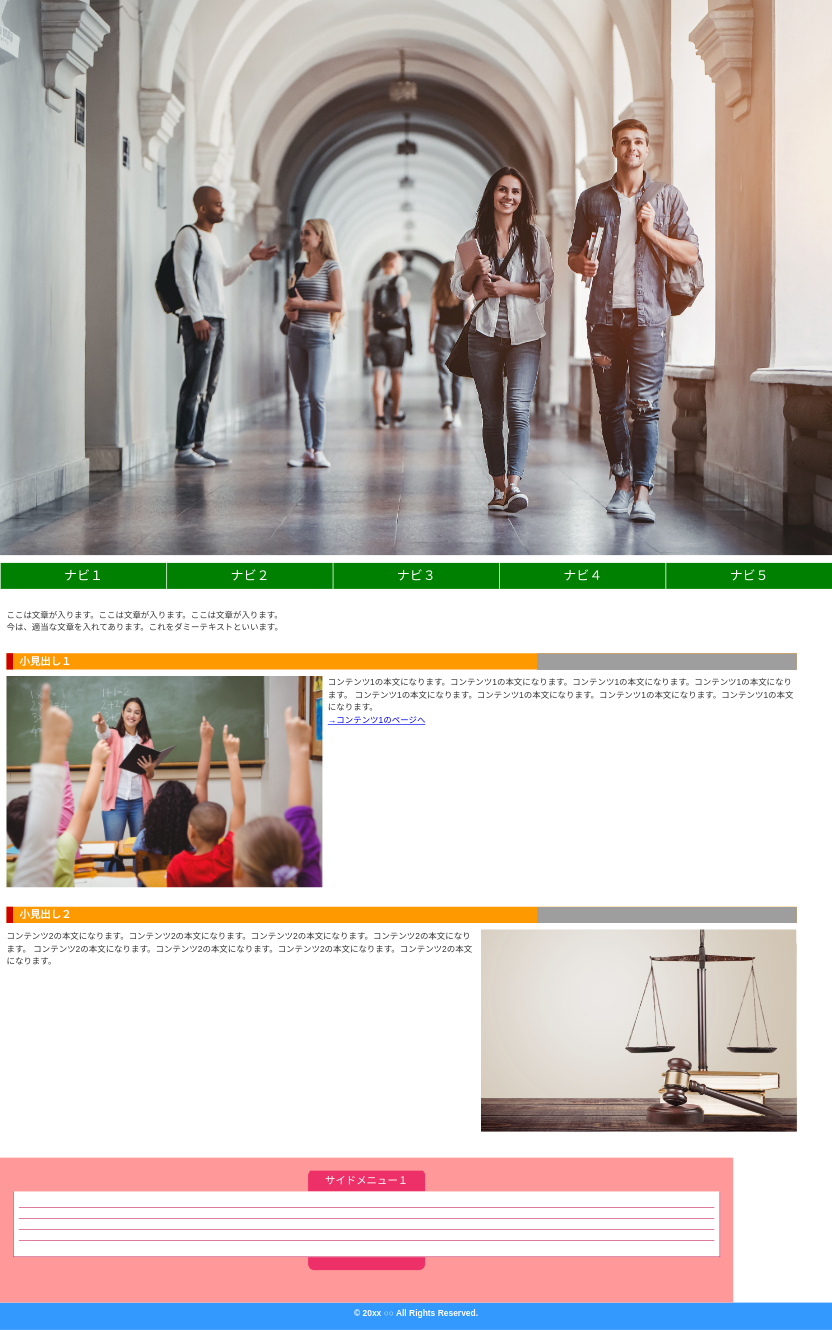
Repository: kaori0877/samurai_HTML-CSS
Page: home.html
The author's editor kept a record of every edit. The page is drawn from the files as they stood at one moment, then again after the next edit.
The browser window is 1280 px wide. The pictures show the whole page, at 65% of full size.
Pictures or frames that could not be fetched are drawn as grey boxes.

Above is the page before.

### home.html
<!DOCTYPE html>
<html lang="ja">
    <head>
        <meta charset="UTF-8">
        <title>HTML/CSSの学習</title>
        <link rel="stylesheet" href="stylesheet.css">
    </head>
    <body>
        <div id="header">
            <h1><a href="index.html"><img id="corridor" src="images/corridor.jpg" alt="大学の廊下" /></a></h1>
       </div>
        </div>
        <div id="wrapper">
            <div id="nav">
                <ul>
                   <li><a href="home.html">ナビ１</a></li>
                   <li><a href="#">ナビ２</a></li>
                   <li><a href="#">ナビ３</a></li>
                   <li><a href="#">ナビ４</a></li>
                   <li><a href="#">ナビ５</a></li>
                </ul>
            </div>
            <div id="container">
                <div id="main">
                    <div class="post">
                        <p>ここは文章が入ります。ここは文章が入ります。ここは文章が入ります。<br />今は、適当な文章を入れてあります。これをダミーテキストといいます。</p>
                    </div>
                    <div class="post clearfix">
                        <h2>小見出し１</h2>
                        <img class="left" src="images/classroom.jpg" alt="授業風景" />
                        <p>
                            コンテンツ1の本文になります。コンテンツ1の本文になります。コンテンツ1の本文になります。コンテンツ1の本文になります。
                            コンテンツ1の本文になります。コンテンツ1の本文になります。コンテンツ1の本文になります。コンテンツ1の本文になります。
                        </p>
                        <p><a href="#">→コンテンツ1のページへ</a></p>
                    </div>
                    <div class="post clearfix">
                        <h2>小見出し２</h2>
                        <img class="right" src="images/scale.jpg" alt="天秤">
                        <p>
                            コンテンツ2の本文になります。コンテンツ2の本文になります。コンテンツ2の本文になります。コンテンツ2の本文になります。
                            コンテンツ2の本文になります。コンテンツ2の本文になります。コンテンツ2の本文になります。コンテンツ2の本文になります。
                        </p>
                    </div>
                </div>
                <div id="side">
                    <div class="box">
                        <h2>サイドメニュー１</h2>
                        <div class="boxBody">
                            <ul>
                                <li></li>
                                <li></li>
                                <li></li>
                                <li></li>
                            </ul>
                        </div>
                    </div>
                </div>
            </div>
        </div>
        <div id="footer">
            <p>&copy; 20xx ○○ All Rights Reserved.</p>
        </div>
    </body>
</html>

### stylesheet.css
@charset "utf-8";

body {
	margin: 0;
	padding: 0;
	font-family: "ヒラギノ角ゴ Pro W3", "Hiragino Kaku Gothic Pro", "メイリオ", Meiryo, Osaka, "ＭＳ Ｐゴシック", "MS PGothic", sans-serif;
	color: #333;
	font-size: 13px;
	line-height: 150%;
}

/* -------------------- wrapper -------------------- */
#wrapper {
	width: 100%;
	margin: auto;
	padding: 0px;
	border: 0px;
	background-color: #FFF;
	top: 10px;
	position: relative;
}

/* -------------------- header -------------------- */
#header {
	width: 100%;
}

#header h1 {
	margin: 0;
	padding: 0;
}

#corridor {
	width: 100%;
	height: auto;
}

/* -------------------- footer -------------------- */
#footer {
	clear: both;
	width: 100%;
	padding: 3px 0 3px 0;
	background: #39F;
	color: #FFF;
	font-weight: bold;
	text-align: center;

}

/* -------------------- nav -------------------- */
#nav {
	width: 100%;
}
#nav ul {
	display: flex;
	margin: 0;
	padding: 0;
	list-style-type: none;
}
#nav ul li {

	width: 20%;
	text-align: center;
}
#nav ul li a {
	display: block;
	height: 20px;
	margin: 0;
	padding: 10px;
	color: #fff;
	font-size: 20px;
	text-decoration: none;
	background-color: green;
	border-left: 1px solid white;
}
#nav ul li a:hover {
	filter: drop-shadow(10px 10px 10px black);
}

 /* -------------------- container -------------------- */
 #container {
 	width: 100%;
 	margin: auto;
 	padding-top: 20px;
 	clear: both;
 	display: grid;
 	grid-template-columus: 70vw 30vw;
 }

 /* -------------------- main -------------------- */
 #main {
 	width: 95%;

 	padding: 10px 30px 10px 10px;
 }
 #main h2 {
 	margin: 0 0 10px 0;
 	padding: 3px 10px 3px 10px;
 	color: #fff;
 	font-size: 16px;
 	border-left: solid 10px #c00;
 	background: #f90 url(../images/main_h2.jpg) right top repeat-y;
 }
 #main p {
 	margin: 0;
 	padding: 0;
 }
 #main .post {
 	margin: 0 0 30px 0;
 }
 #main .post img.right {
 	margin: 0 0 0 8px;
 }
 #main .post img.left {
 	margin: 0 8px 0 0 ;
 }
 .right {
 	float: right;
 	width: 40%;
 	height: auto;
 }
 .left {
 	float: left;
 	width: 40%;
 	height: auto;
 }

 /* -------------------- clearfix -------------------- */
 .clearfix {
 	zoom: 1;
 }
 .clearfix:after {
 	content:"";
 	display: block;
 	clear: both;
 }

 /* -------------------- side -------------------- */
 #side {
 	width: 85%;
 	padding: 20px;
 	background-color: #f99;
 }
 #side .box {
 	margin: 0 auto 30px auto;
 	padding: 0 0 20px 0;
 	background: url(images/side_box.png)  bottom no-repeat;
 }
 #side .box h2 {
 	margin: 0;
 	padding: 8px;
 	text-align: center;
 	color: #fff;
 	font-size: 16px;
 	line-height: 16px;
 	font-weight: normal;
 	background: url(images/side_box_h2.png) center no-repeat ;
 }
 #side .box .boxBody {
 	padding: 8px;
 	border-right: solid 1px #C36;
 	border-bottom: solid 1px #C36;
 	border-left: solid 1px #C36;
 	background: #fff;

 }
 #side .box .boxBody ul {
 	margin: 0 0 16px 0;
 	padding: 0;
 }
 #side .box .boxBody ul li {
 	padding: 8px 0 8px 4px;
 	list-style: none;
 	border-bottom: solid 1px #C36;
 }
 #side .box .boxBody ul li:hover {
 	padding: 8px 0 8px 4px;
 	list-style: none;
 	border-bottom: solid 1px #C36;
 	box-shadow: 0px 4px 4px rgba(0,0,0,0.3);
 }

After the next edit:
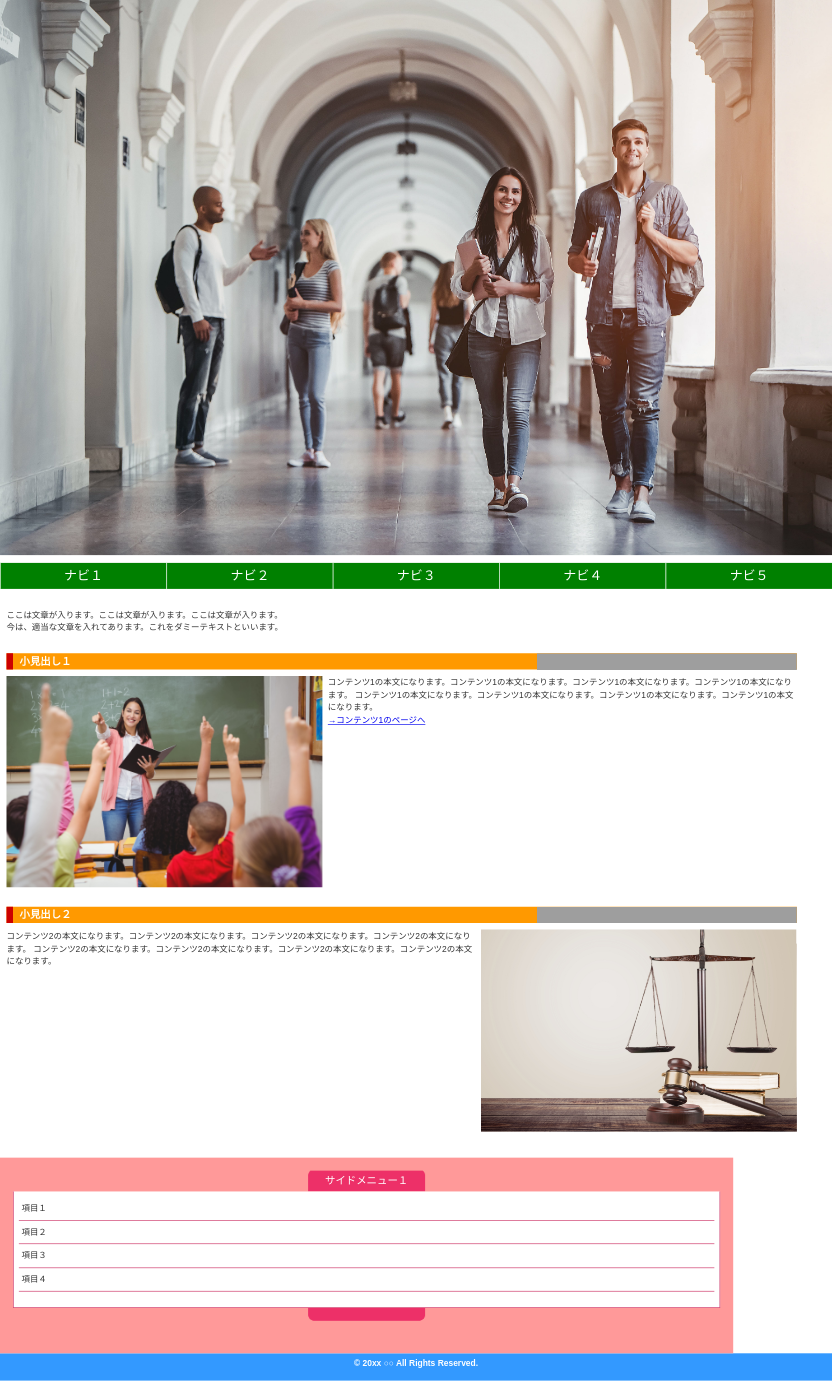
The edit:
--- a/home.html
+++ b/home.html
@@ -48,10 +48,10 @@
                         <h2>サイドメニュー１</h2>
                         <div class="boxBody">
                             <ul>
-                                <li></li>
-                                <li></li>
-                                <li></li>
-                                <li></li>
+                                <li>項目１</li>
+                                <li>項目２</li>
+                                <li>項目３</li>
+                                <li>項目４</li>
                             </ul>
                         </div>
                     </div>
